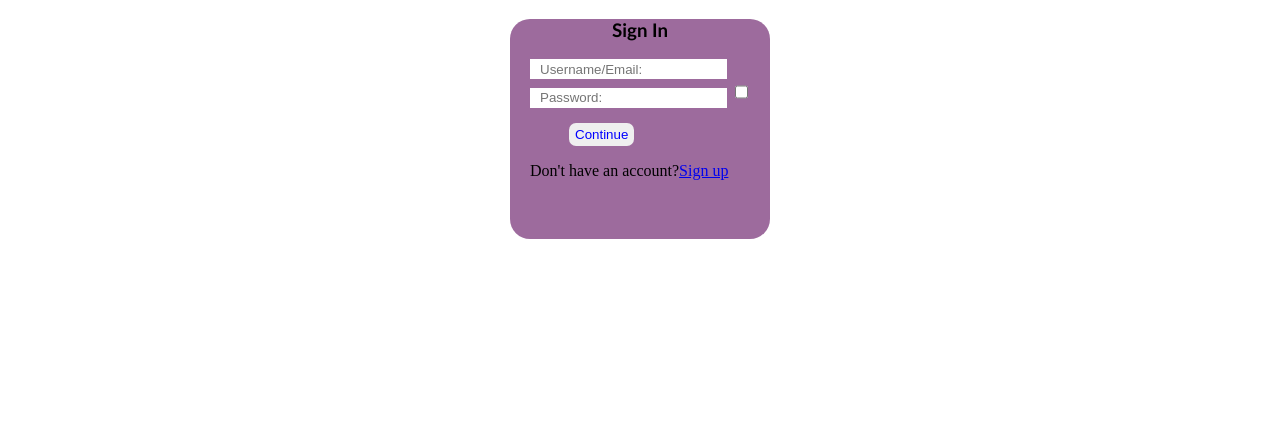
Repository: Tobby004/basic-loanweb
Page: signIn.html
The author's editor kept a copy of each file at every save. The page is drawn from the files as they stood at one save, then again after the next save.
The browser window is 1280 px wide. The pictures show the whole page.

Above is the page before, as saved 2023-06-16 05:27:10.

### signIn.html
<!DOCTYPE html>
<html lang="en">
<head>
    <meta charset="UTF-8">
    <meta http-equiv="X-UA-Compatible" content="IE=edge">
    <meta name="viewport" content="width=<device-width>, initial-scale=1.0">
    <title>SIGN-IN</title>
    <link rel="stylesheet" href="signin.css">
</head>
<body>
    <div class="signin-box">
    <h3>Sign In</h3>
    <form>
        <input id="User" type="text" placeholder="Username/Email:">
        <input id="pass" type="password" placeholder="Password:">
        <input id="check" type="checkbox"
    </form>
    <button>Continue</button>
    <p>Don't have an account?<a href="loanreg.html">Sign up</a></p>
</div>
<script>
    check.onclick = togglePassword;
    function togglePassword() {
      if (check.checked) pass.type = "text";
      else pass.type = "password";
    }
</script>
</body>
</html>

### signin.css
* {
    box-sizing: border-box;
}
.signin-box{
    margin: auto;
    height: 220px;
    width: 260px;
    background: #9d6b9d;
    border-radius: 20px;
}
h3 {
    text-align: center;
    font-family: 'Trebuchet MS', 'Lucida Sans Unicode', 'Lucida Grande', 'Lucida Sans', Arial, sans-serif;

}
form {
    margin-left: 20px;
}
input{
    height: 20px;
    padding: 10px;
    border: none;
}
button {
    margin-top: 15px;
    margin-left: 39px;
    height: 23px;
    border: none;
    border-radius:7px;
    color: blue;
}

After the next save:
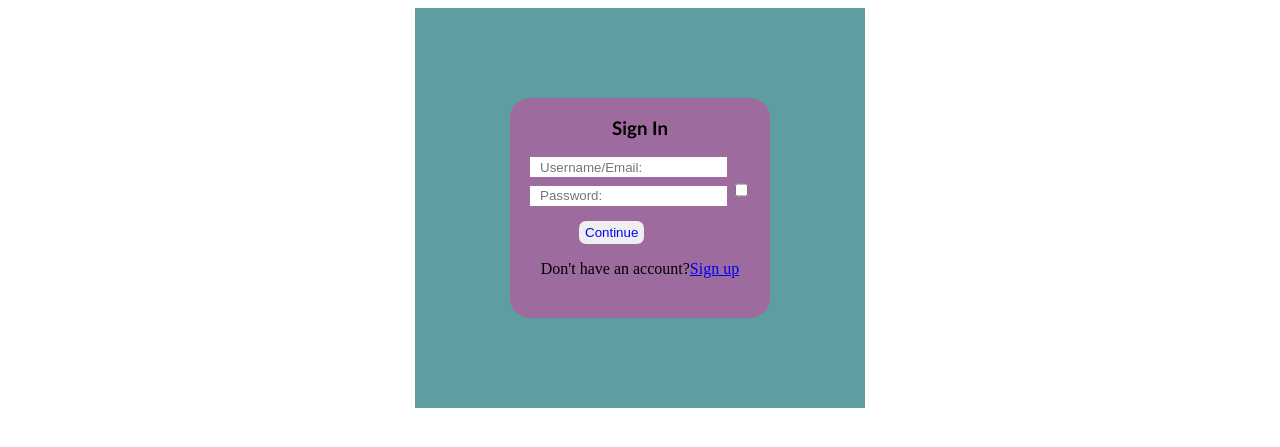
Saved 15 days later.
--- a/signIn.html
+++ b/signIn.html
@@ -8,16 +8,19 @@
     <link rel="stylesheet" href="signin.css">
 </head>
 <body>
+    <div class="box">
     <div class="signin-box">
     <h3>Sign In</h3>
     <form>
         <input id="User" type="text" placeholder="Username/Email:">
         <input id="pass" type="password" placeholder="Password:">
-        <input id="check" type="checkbox"
+        <input id="check" type="checkbox">
     </form>
     <button>Continue</button>
     <p>Don't have an account?<a href="loanreg.html">Sign up</a></p>
 </div>
+</div>
+
 <script>
     check.onclick = togglePassword;
     function togglePassword() {
--- a/signin.css
+++ b/signin.css
@@ -1,6 +1,14 @@
 * {
     box-sizing: border-box;
 }
+.box {
+    margin: auto;
+    display: flex;
+    height: 400px;
+    width: 450px;
+    background: cadetblue;
+}
+
 .signin-box{
     margin: auto;
     height: 220px;
@@ -23,9 +31,12 @@ input{
 }
 button {
     margin-top: 15px;
-    margin-left: 39px;
+    margin-left: 69px;
     height: 23px;
     border: none;
     border-radius:7px;
     color: blue;
 }
+p {
+    text-align: center;
+}
